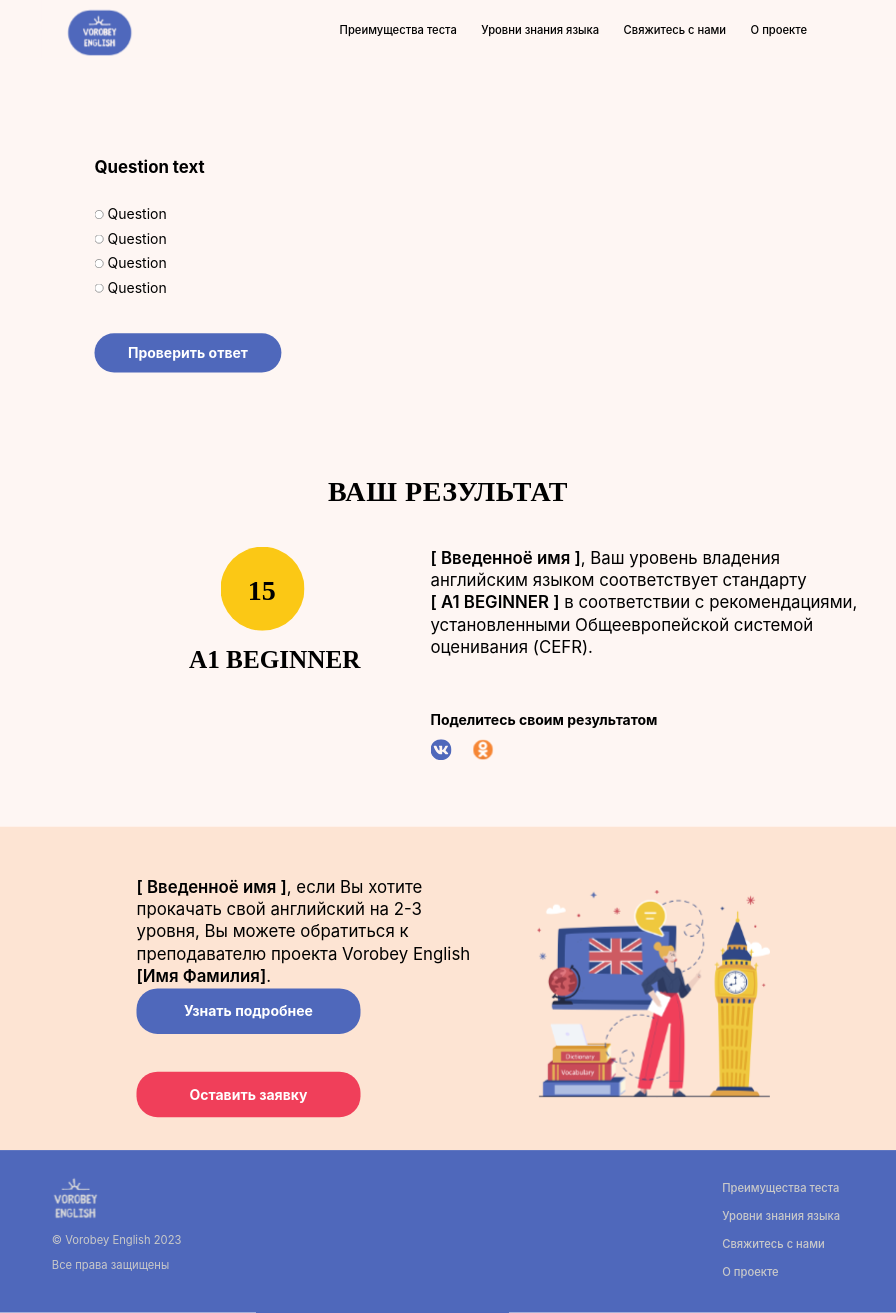
Repository: WladimirVA/PP-01-01_Dandelions
Page: test.html
These files come from the project's save history. The page is drawn as it stood at one moment and after the next save; the edit follows.
The browser window is 1280 px wide. The pictures show the whole page, at 70% of full size.

Above is the page before, as saved 2023-02-28 10:06:18.

### test.html
<!DOCTYPE html>
<html lang="ru">
<head>
    <meta charset="UTF-8">
    <meta http-equiv="X-UA-Compatible" content="IE=edge">
    <meta name="viewport" content="width=device-width, initial-scale=1.0">
    <link href="./static/css/style.css" rel="stylesheet" type="text/css">
    <link href="./static/css/test.css" rel="stylesheet" type="text/css">
    <link href="./static/css/fonts.css" rel="stylesheet" type="text/css">
    <link rel="icon" sizes="16x16" href="./static/img/Иконка _Лого_ (1_1).svg" type="image/x-icon">
    <title>Dandelions</title>
</head>
<body>
    <header class="header" di="HOME">
        <div class="section">
            <div class="section-header">
                <div class="logo">
                    <a href="Index.html"><img src="./static/img/Иконка _Лого_ (1).svg"></a>
                </div>
                <nav>
                    <ul class="header-nav">
                        <li><a class="link" href="./Index.html">Преимущества теста</a></li>
                        <li><a class="link" href="./Index.html">Уровни знания языка</a></li>
                        <li><a class="link" href="#">Свяжитесь с нами</a></li>
                        <li><a class="link" href="#">О проекте</a></li>
                    </ul>
                </nav>
            </div>
        </div>
    </header>
    <main>
        <div class="section">
            <form class="quiz-box" id="quiz" method="post">
                <div class="quiz-header">
                    <h2 id="question">Question text</h2>
                    <ul>
                        <li>
                            <input type="radio" name="answer" id="a" class="answer" onchange="document.getElementById('submit').disabled = !this.checked;">
                            <label for="a" id="a_text">Question</label>
                        </li>
                        <li>
                            <input type="radio" name="answer" id="b" class="answer" onchange="document.getElementById('submit').disabled = !this.checked;">
                            <label for="b" id="b_text">Question</label>
                        </li>
                        <li>
                            <input type="radio" name="answer" id="c" class="answer" onchange="document.getElementById('submit').disabled = !this.checked;">
                            <label for="c" id="c_text">Question</label>
                        </li>
                        <li>
                            <input type="radio" name="answer" id="d" class="answer" onchange="document.getElementById('submit').disabled = !this.checked;">
                            <label for="d" id="d_text">Question</label>
                        </li>
                    </ul>
                </div>
                <div class="button-test">
                    <button class="button test_button" id="submit" disabled>Проверить ответ</button>
                </div>
            </form>

            <form class="result">
                <div class="title-result">
                    <p>Ваш Результат</p>
                </div>
                <div class="result1">
                    <div class="level-2">
                        <div class="level">
                            <img src="./static/img/Ellipse 15.svg" alt="Result">
                            <p>15</p>
                        </div>
                        <div class="lavel-1">
                            <p>А1  BEGINNER</p>
                        </div>
                    </div>
                    <div class="">
                            <p class="info-result-p"><span style="font-weight: 600;"> [ Введенноё имя ]</span>, Ваш уровень владения английским языком соответствует стандарту <br><span style="font-weight: 600;">[ А1 BEGINNER ]</span> в соответствии
                            с рекомендациями, установленными Общеевропейской системой оценивания (CEFR).</p>
                        <div class="share">
                            <p>Поделитесь своим результатом</p>
                            <div class="share-img">
                                <a href="https://vk.com/" target="_blank"><img src="./static/img/VK.svg" alt="VK"></a>
                                <a href="https://ok.ru/" target="_blank"><img src="./static/img/odnoklassniki 1.svg" alt="odnoklassniki"></a>
                                <!-- <img src="./static/img/instagram3 1.svg" alt="instagram"> -->
                            </div>
                        </div>
                    </div>
                </div>
                <div class="appeal">
                    <div class="appeal-text">
                        <p><span style="font-weight: 600;">[ Введенноё имя ]</span>, если Вы хотите прокачать свой английский на 2-3 уровня, Вы можете обратиться
                        к преподавателю проекта Vorobey English <span style="font-weight: 600;">[Имя Фамилия]</span>. </p>
                        <div class="button-test">
                            <button class="button test_button" id="submit">Узнать подробнее</button>
                        </div>
                        <div class="button-test">
                            <button class="button test_button" id="application">Оставить заявку</button>
                        </div>
                    </div>
                    <div>
                        <img src="./static/img/Group 82 1 1.svg" alt="">
                    </div>

                </div>
            </form>
        </div>
    </main>
    <footer class="FOOTER">
            <div class="section-footer">
                <div class="footer-logo">
                    <a href="Index.html"><img src="./static/img/Vector (3).svg"></a>
                    <p class="footer-logo-p">© Vorobey English 2023</p>
                    <p class="footer-logo-p2">Все права защищены</p>
                </div>
                <div class="footer-navi">
                    <nav>
                        <ul class="footer-nav">
                            <li><a class="footer-link" href="#HOME">Преимущества теста</a></li>
                            <li><a class="footer-link" href="#HOME">Уровни знания языка</a></li>
                            <li><a class="footer-link" href="#HOME">Свяжитесь с нами</a></li>
                            <li><a class="footer-link" href="#">О проекте</a></li>
                        </ul>
                    </nav>
                    <!-- <p><a class="footer-link" href="mailto:englishtest@yandex.ru">englishtest@yandex.ru</a></p> -->
                </div>
            </div>
    </footer>
</body>

</html>

### static/css/style.css
body {
    scroll-behavior: smooth;
    align-items: center;
    width: 100%;
    max-width: 1366px;
    margin: auto;
    font-family: 'Inter', 'Work Sans', "NunitoSans-Light", Arial, Helvetica, sans-serif;
}

.section {
    margin: 0 auto;
    max-width: 1366px;
}

* {
    margin: 0;
    padding: 0;
}
.header {
    padding: 0 92px 0 59px;
    background-color: #FEF6F3;
}
.section-header {
    justify-content: space-between;
    height: 83px;
    width: 100%;
    display: flex;
    align-items: center;
}
.logo {
    width: 84px;
    height: auto;
}
.header-nav {
    display: flex;
    list-style-type: none;
}
.link {
    text-decoration: none;
    /* cursor: pointer; */
    font-family: 'Inter';
    font-weight: 500;
    font-size: 16px;
    line-height: 19px;
    color: #000000;
}
.header-nav li {
    margin-right: 35px;
}

.HOME {
    padding: 0 92px 108px 93px;
    background-color: #FEF6F3;
}
.section-home {
    align-items: center;
    display: flex;
    justify-content: space-between;
    margin-top: -90px;
}


.title {
    font-family: 'Work Sans';
    font-style: normal;
    font-weight: 600;
    font-size: 40px;
    line-height: 48px;
    display: flex;
    align-items: center;
    letter-spacing: 0.02em;
    text-transform: uppercase;
}
.home_p {
    font-family: 'Work Sans';
    font-style: normal;
    font-weight: 400;
    font-size: 20px;
    line-height: 24px;
    margin-top: 43px;
}

.home_ul {
    margin-top: 35px;
}
.home_li {
    list-style-type: none;
    margin-top: 12px;
    font-family: 'Inter';
    font-style: normal;
    font-weight: 400;
    font-size: 16px;
    line-height: 20px;
}

.check {
    margin-bottom: -7px;
    margin-right: 16px;
}

.buttonsHome {
    margin-top: 68px;
}
.button_home {
    background: #FBC815;
    border-radius: 50px;
    width: 267px;
    height: 56px;
    font-family: 'Inter';
    font-style: normal;
    font-weight: 700;
    font-size: 20px;
    line-height: 24px;
    border: 0;
    cursor: pointer;
}

.button_home:hover {
    background-color: #BC9F3B;
}

.button_home:active {
    background-color: #FDE07D;
}

.image-home {
    max-width: 747px;
    max-height: 496px;
}

.title_2 {
    display: block;
    padding-top: 68px;
    text-transform: none;
    font-family: 'Work Sans';
    font-style: normal;
    font-weight: 800;
    font-size: 36px;
    line-height: 48px;
    align-items: center;
    text-align: center;
}

.WHY-TEST {
    background-color: #FDE4D3;
    Height: 616px;
}

.section-home-2 {
    align-items: center;
    display: flex;
    justify-content: space-around;
    margin-top: 20px;
}

.home-text {
    width: 490px;
}

.p-text {
    margin-top: 32px;
}

.ADVAN_TEST {
    background: #4F68BB;
    color: white;
    height: 665px;
    padding-top: 63px;
    /* margin-top: 120px; */
}

.content_img {
    margin-top: -215px;
    text-align: end;
    margin-right: 50px;
}

.rot-sheet {
    margin: 0 -34px 90px 0px;
}

.rot-sheet-1 {
    margin: 0 -35px 90px 0px;
}

.rot-img1 {
    width: 117px;
    margin-top: 11px;
    margin-right: -20px;
}

.rot-img2 {
    width: 65px;
    margin-bottom: -35px;
}

.rot-img3 {
    width: 78px;
    margin-bottom: 20px;
    margin-left: -20px;
}

img.rot {
    animation: 1s linear 0s normal none infinite running rot;
    -webkit-animation: 4s linear 0s normal none infinite running rot;
    /* width: 100px; */
  }
  @keyframes rot {
    0% {
      transform: rotate(0deg);
    }
    100% {
      transform: rotate(360deg);
    }
  }
  @-webkit-keyframes rot {
    0% {
      transform: rotate(0deg);
    }
    100% {
      transform: rotate(360deg);
    }
  }

  img.rot1 {
    animation: 1s linear 0s normal none infinite running rot1;
    -webkit-animation: 4s linear 0s normal none infinite running rot1;
    /* width: 100px; */
  }
  @keyframes rot1 {
    0% {
      transform: rotate(360deg);
    }
    100% {
      transform: rotate(0deg);
    }
  }
  @-webkit-keyframes rot1 {
    0% {
      transform: rotate(0deg);
    }
    100% {
      transform: rotate(360deg);
    }
  }


.content-ADVAN_TEST {
    display: flex;
    justify-content: space-evenly;
    margin-top: 60px;
}

.test-info {
   width: 300px;
}



.title_3 {
    /* margin-top: 36px; */
    display: block;
    text-transform: none;
    font-family: 'Work Sans';
    font-style: normal;
    font-weight: 800;
    font-size: 36px;
    line-height: 48px;
    align-items: center;
    text-align: center;
}

.advan-test {
    margin: 30px 0 30px 0;
    font-style: normal;
    font-weight: 700;
    font-size: 24px;
    line-height: 32px;
}

.advan-test-p {
    font-style: normal;
    font-weight: 400;
    font-size: 18px;
    line-height: 24px;
}

.advan-test-p-2 {
    margin: 95px 0 0 115px;
    max-width: 1135px;
}

.container {
    display: grid;
    grid-template-columns: repeat(3, 295px);
    justify-items: stretch;
    justify-content: space-around;;
    grid-template-rows: 100px 100px 100px;
    row-gap:  280px;
    margin-top: -30px;
}

.text_test img {
    margin-left: 700px;
}

.container-box h3 {
    font-style: normal;
    font-weight: 700;
    font-size: 32px;
    line-height: 36px;
}

.container-box-p {
    font-style: normal;
    font-weight: 700;
    font-size: 24px;
    line-height: 32px;
    margin: 60px 0 15px 0;
}

.container-box-p2 {
    font-style: normal;
    font-weight: 400;
    font-size: 16px;
    line-height: 24px;
}

.LANGUAGE_LEVELS {
    background-color:  #FEF6F3;
}

.content {
    padding-top: 66px;
}

.container-box {
    position: relative;
}

.box-1 h3 {
    position: absolute;
}

.cloud {
    margin: -11px 0 0 -80px;
    position: absolute;
}

.ball {
    display: block;
    position: inherit;
    margin-left:195px;
    margin-top: 30px;
}

.ball-2 {
    margin-left: 180px;
}

.ball-3 {
    display: block;
    margin-left: 335px;
    margin-top: -199px;
}

.button {
    text-align: center;
    background: #F03F5A;
    cursor: pointer;
    border-radius: 30px;
    border: 0;
}

.TEST {
    background-color: #FBCDA6;
    height: 352px;
}

.test_button {
    margin-top: 30px;
    width: 267px;
    height: 56px;
    font-family: 'Inter';
    font-style: normal;
    font-weight: 700;
    font-size: 20px;
    line-height: 24px;
}

.test_button:hover {
    background-color: #B45060;
}

.test_button:active {
    background-color: #F893A3;
}

.test-now {
    display: flex;
    justify-content: space-between;
    margin-left: 89px;
}

.test-now-text {
    text-align: center;
    margin-top: 15px;
}

.test-now-img {
    margin-top: -159px;
}

.FOOTER {
    background: #4F68BB;
    height: 232px;
    color: #C9C9C9;
}

.footer-logo-p {
    margin-top: -65px;
    margin-left: 74px;
}

.footer-logo-p2 {
    margin-top: 16px;
    margin-left: 74px;
}


.section-footer {
    display: flex;
    justify-content: space-between;
    align-items: center;
    max-width: 1200px;
}

.footer-logo {
    margin-top: -37px;
}

.footer-logo img {
    margin-top: -20px;
}

.footer-navi {
    margin-top: 34px;
}

.footer-nav {
    display: grid;
    list-style-type: none;
    line-height: 2.5;
}

.footer-link {
    text-decoration: none;
    font-family: 'Inter';
    font-weight: 500;
    font-size: 16px;
    line-height: 19px;
    color: #C9C9C9;
    list-style-type: none;
}

.footer-link:hover {
    /* transform: scale(1.2); */
    text-decoration:underline;
}

### static/css/test.css
.header {
    max-width: 1366px;
    max-height: 825px;
    background-color: #FEF6F3;
}
.section {
    width:100%;
    height:100%;
    background-color: #FEF6F3;
}

.quiz-box {
    padding: 146px 0 0 135px;
}

.quiz-header ul {
    line-height: 24px;
    /* width: 214px; */
    font-family: 'Inter';
    font-style: normal;
    font-weight: 400;
    font-size: 20px;
    line-height: 35px;
    list-style-type: none;
}

.quiz-header {
    font-family: 'Inter';
    font-style: normal;
    font-weight: 400;
    font-size: 16px;
    line-height: 20px;
}

.quiz-header h2 {
    margin-bottom: 40px;
}

.button-test {
    padding: 17px 0 47px 0;

}

.test_button {
    background: #4F68BB;
    color:#FFFFFF;
    cursor: pointer;
}

#submit:hover {
    background-color: #1A307A;
}

#submit:active {
    background-color: #97A7DD;
}

.result {
    padding: 100px 0 0 0;
}

.title-result {
    text-align: center;
    align-items: center;
    text-align: center;
    letter-spacing: 0.02em;
    text-transform: uppercase;
    color: #000000;
    font-family: 'Work Sans';
    font-style: normal;
    font-weight: 600;
    font-size: 40px;
    line-height: 48px;
    margin-bottom: 54px;
}

.result1 {
    display: flex;
    justify-content: space-around;
}

.info-result-p {
    width: 615px;
    height: 235px;
    font-family: 'Inter';
    font-style: normal;
    font-size: 24px;
    line-height: 32px;
    }

.level {
    margin-left: 45px;
}

.level p {
    margin: -85px 0 0 39px;
    font-family: 'Work Sans';
    font-style: normal;
    font-weight: 600;
    font-size: 40px;
    line-height: 48px;
}

.level-2 {
    margin-left: 220px;
}

.lavel-1 {
    font-family: 'Work Sans';
    margin-top: 50px;
    font-style: normal;
    font-weight: 700;
    font-size: 36px;
    line-height: 48px;
    }

.share {
    position: absolute;
}

.share p {
    font-family: 'Inter';
    font-style: normal;
    font-weight: 700;
    font-size: 20px;
    line-height: 24px;
}

.share-img {
    display: flex;
}

.share-img img {
    margin: 16px 30px 0 0;
}

.appeal {
    display: flex;
    justify-content: space-between;
    background-size: 100%;
    background-color: #FDE4D3;
    padding-top: 75px;
    padding: 70px 0 0 195px;
    margin-top: 165px;
}

.appeal button {
    width: 320px;
    height: 65px;
}

#application {
    background-color: #F03F5A;
}

#application:hover {
    background-color: #B45060;
}

#application:active {
    background-color: #F893A3;
}

.appeal-text {
    font-family: 'Inter';
    font-style: normal;
    font-size: 24px;
    line-height: 32px;
}

.appeal-text button {
    margin-top: -10px;
}

.appeal img {
    margin-right: 180px;
    padding-top: 20px;
}

.appeal-text p {
    width: 484px;
    height: 154px;
}

### static/css/fonts.css
/* @import url('https://fonts.googleapis.com/css2?family=Work+Sans:ital,wght@0,600;0,800;1,800&display=swap'); */


/* @import url('https://fonts.googleapis.com/css2?family=Inter:wght@400;500;600;700;800&family=Work+Sans:ital,wght@0,600;0,800;1,800&display=swap'); */

/*
@import url('https://fonts.googleapis.com/css2?family=Inter:wght@100;200;300;400;500;600;700;800;900&display=swap');

@import url('https://fonts.googleapis.com/css2?family=Inter:wght@100;200;300;400;500;600;700;800;900&family=Work+Sans:ital,wght@0,100;0,200;0,300;0,400;0,500;0,600;0,700;0,800;0,900;1,100;1,200;1,300;1,400;1,500;1,600;1,700;1,800;1,900&display=swap'); */

After the next save:
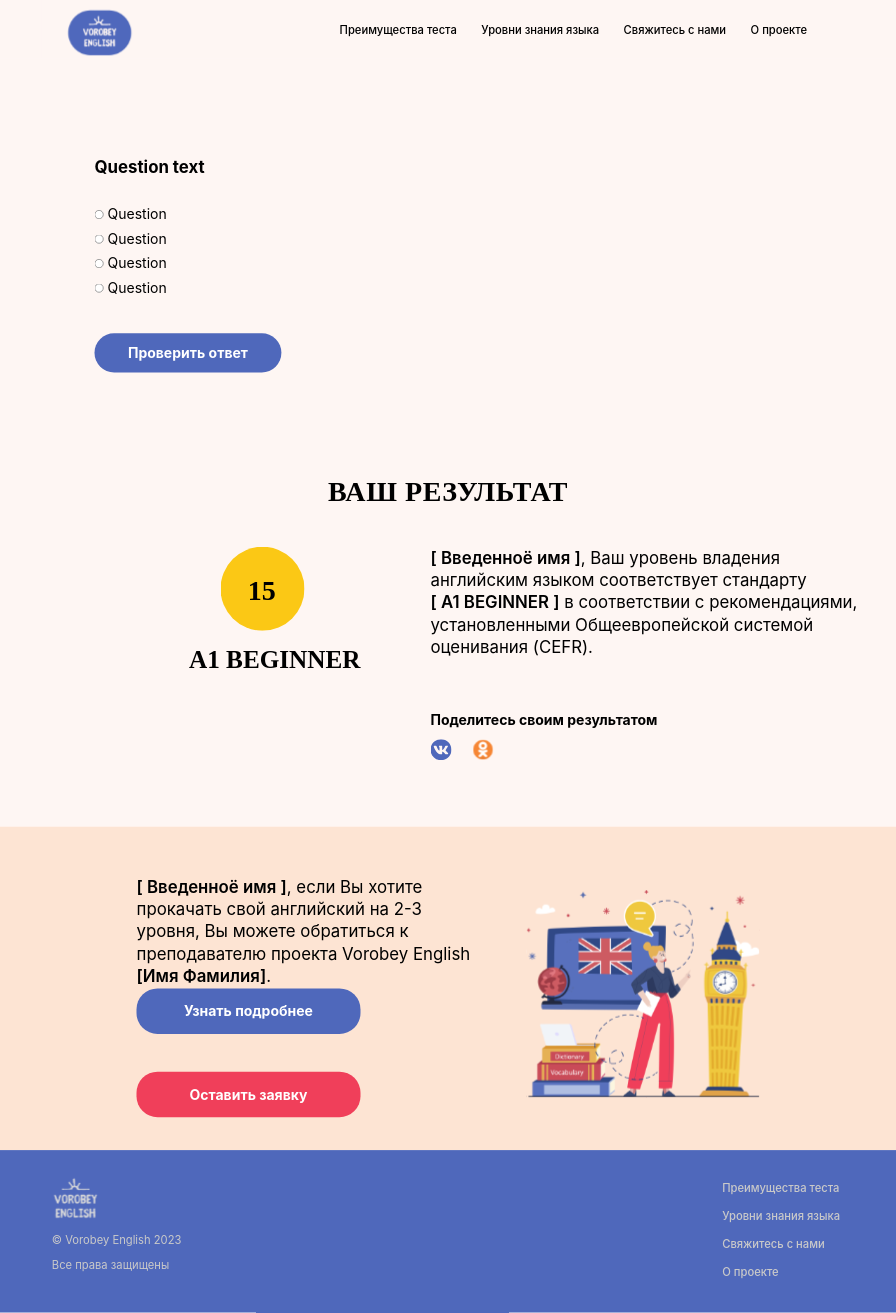
Saved 3 min 40 s later.
--- a/static/css/test.css
+++ b/static/css/test.css
@@ -140,7 +140,7 @@
     background-size: 100%;
     background-color: #FDE4D3;
     padding-top: 75px;
-    padding: 70px 0 0 195px;
+    padding: 70px 195px 0 195px;
     margin-top: 165px;
 }
 
@@ -173,7 +173,7 @@
 }
 
 .appeal img {
-    margin-right: 180px;
+    /* margin-right: 180px; */
     padding-top: 20px;
 }
 
